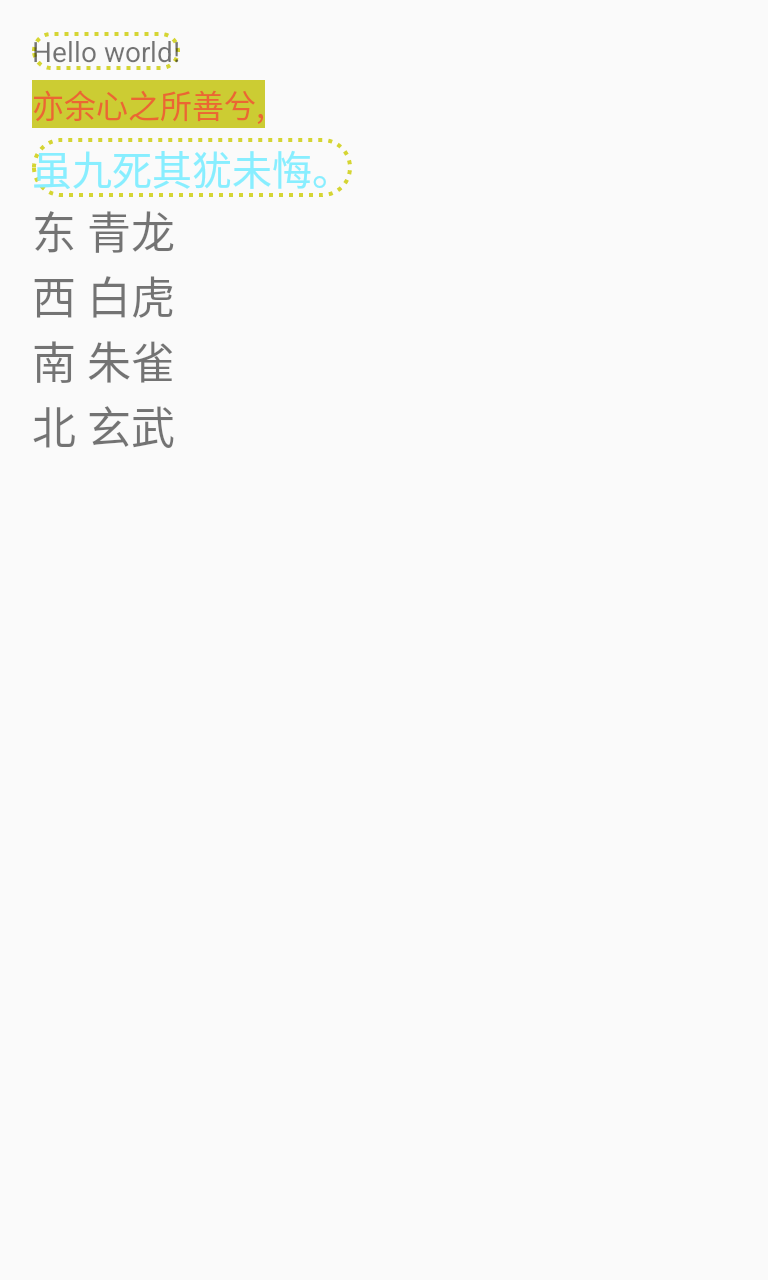
Repository: duhei/cici
Layout: GitHubFrist/res/layout/activity_main.xml
These files come from the project's save history. The layout is drawn as it stood at one moment and after the next save; the edit follows.
It is drawn on a 768 x 1280 px phone screen (xhdpi) without system bars, with theme AppTheme; the app's code is not run.

Above is the layout before, as saved 2015-07-10 08:49:34.

### GitHubFrist/res/layout/activity_main.xml
<LinearLayout xmlns:android="http://schemas.android.com/apk/res/android"
    xmlns:tools="http://schemas.android.com/tools"
    android:layout_width="match_parent"
    android:layout_height="match_parent"
    android:paddingBottom="@dimen/activity_vertical_margin"
    android:paddingLeft="@dimen/activity_horizontal_margin"
    android:paddingRight="@dimen/activity_horizontal_margin"
    android:paddingTop="@dimen/activity_vertical_margin"
    tools:context="com.mylove.githubfrist.MainActivity"
    android:orientation="vertical"
    >

    <TextView
        android:layout_width="wrap_content"
        android:layout_height="wrap_content"
        android:text="@string/hello_world"
        android:background="@drawable/corner_shape"
        />

    <TextView
        style="@style/warp_content"
        android:text="@string/lisao1"
        android:background="#FFCCCC33"
        android:textColor="#99FF2233"
        android:textSize="16dp"
        />

    <TextView
        style="@style/warp_textCol"
        android:layout_width="wrap_content"
        android:layout_height="wrap_content"
        android:background="@drawable/corner_shape"
        android:text="@string/lisao2" />

    <TextView
        android:layout_width="match_parent"
        android:layout_height="wrap_content"
        android:background="@drawable/con_shape_top"
        android:text="@string/east"
        android:textSize="22dp"
        />

    <TextView
        android:layout_width="match_parent"
        android:layout_height="wrap_content"
        android:text="@string/west"
        android:textSize="22dp"
        />

    <TextView
        android:layout_width="match_parent"
        android:layout_height="wrap_content"
        android:text="@string/south"
        android:textSize="22dp"
        />

    <TextView
        android:layout_width="match_parent"
        android:layout_height="wrap_content"
        android:background="@drawable/con_shape_bottom"
        android:text="@string/nouth"
        android:textSize="22dp"
        />

</LinearLayout>

### GitHubFrist/res/values/strings.xml
<?xml version="1.0" encoding="utf-8"?>
<resources>

    <string name="app_name">GitHubFrist</string>
    <string name="hello_world">Hello world!</string>
    <string name="action_settings">Settings</string>

    <string name="lisao1">亦余心之所善兮,</string>
    <string name="lisao2">虽九死其犹未悔。</string>

    <string name="east">东 青龙</string>
    <string name="west">西 白虎</string>
    <string name="south">南 朱雀</string>
    <string name="nouth">北 玄武</string>
</resources>

### GitHubFrist/res/drawable-hdpi/corner_shape.xml
<?xml version="1.0" encoding="utf-8"?>
<shape xmlns:android="http://schemas.android.com/apk/res/android" >

    <corners android:radius="20dp"/>

    <stroke android:width="2dp"
        android:dashGap="3dp"
        android:dashWidth="2dp"
        android:color="#FFD5D533"/>

</shape>

### GitHubFrist/res/drawable-hdpi/con_shape_top.xml
<?xml version="1.0" encoding="utf-8"?>
<shape xmlns:android="http://schemas.android.com/apk/res/android" >

    <corners android:topLeftRadius="15dp"
        android:topRightRadius="15dp"
        android:bottomLeftRadius="0dp"
        android:bottomRightRadius="0dp"
        />

</shape>

### GitHubFrist/res/drawable-hdpi/con_shape_bottom.xml
<?xml version="1.0" encoding="utf-8"?>
<shape xmlns:android="http://schemas.android.com/apk/res/android" >

    <corners android:topLeftRadius="0dp"
        android:topRightRadius="0dp"
        android:bottomLeftRadius="15dp"
        android:bottomRightRadius="15dp"
        />

</shape>

Loaded but not shown: GitHubFrist/res/values/styles.xml (common file); GitHubFrist/res/values-v11/styles.xml (common file); GitHubFrist/res/values-v14/styles.xml (common file); GitHubFrist/res/values/dimens.xml (common file); GitHubFrist/res/values-w820dp/dimens.xml (common file)

After the next save:
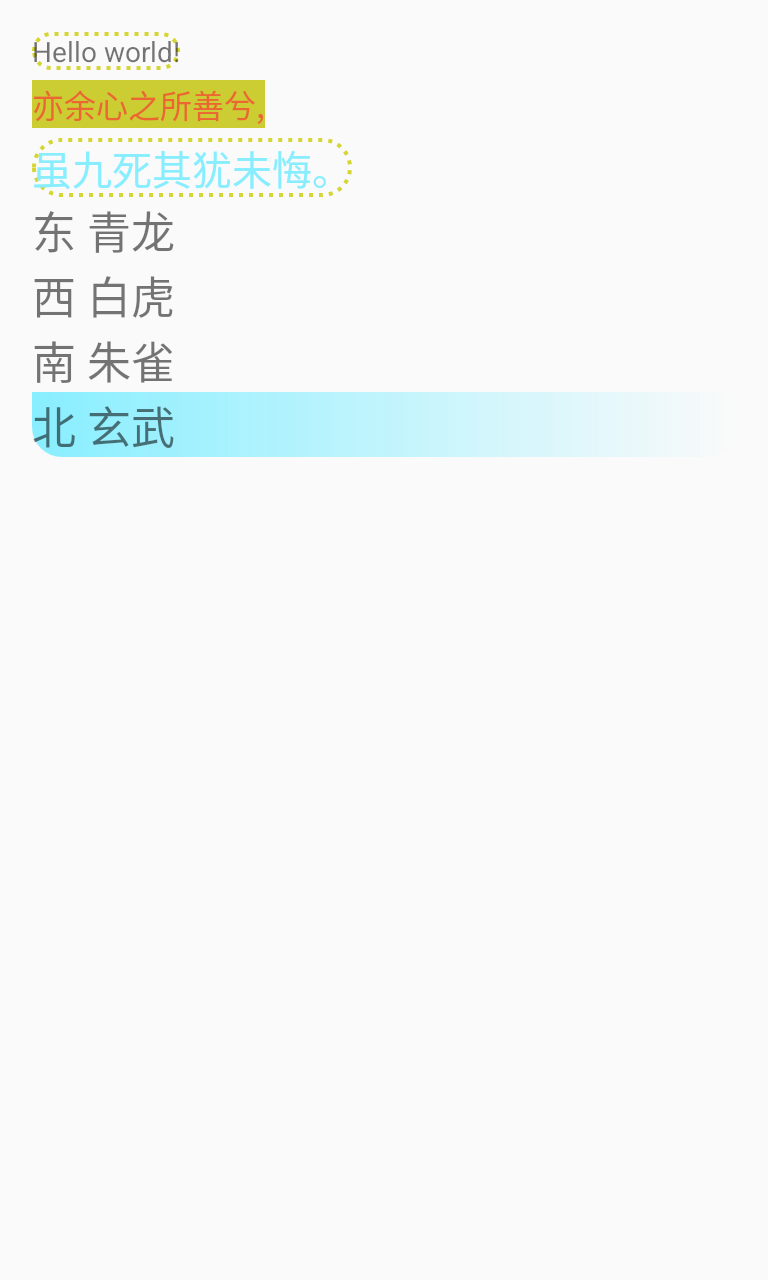
Saved 60 s later.
--- a/GitHubFrist/res/drawable-hdpi/con_shape_bottom.xml
+++ b/GitHubFrist/res/drawable-hdpi/con_shape_bottom.xml
@@ -7,4 +7,5 @@
         android:bottomRightRadius="15dp"
         />
 
+    <gradient android:startColor="#FF88EEFF"/>
 </shape>
